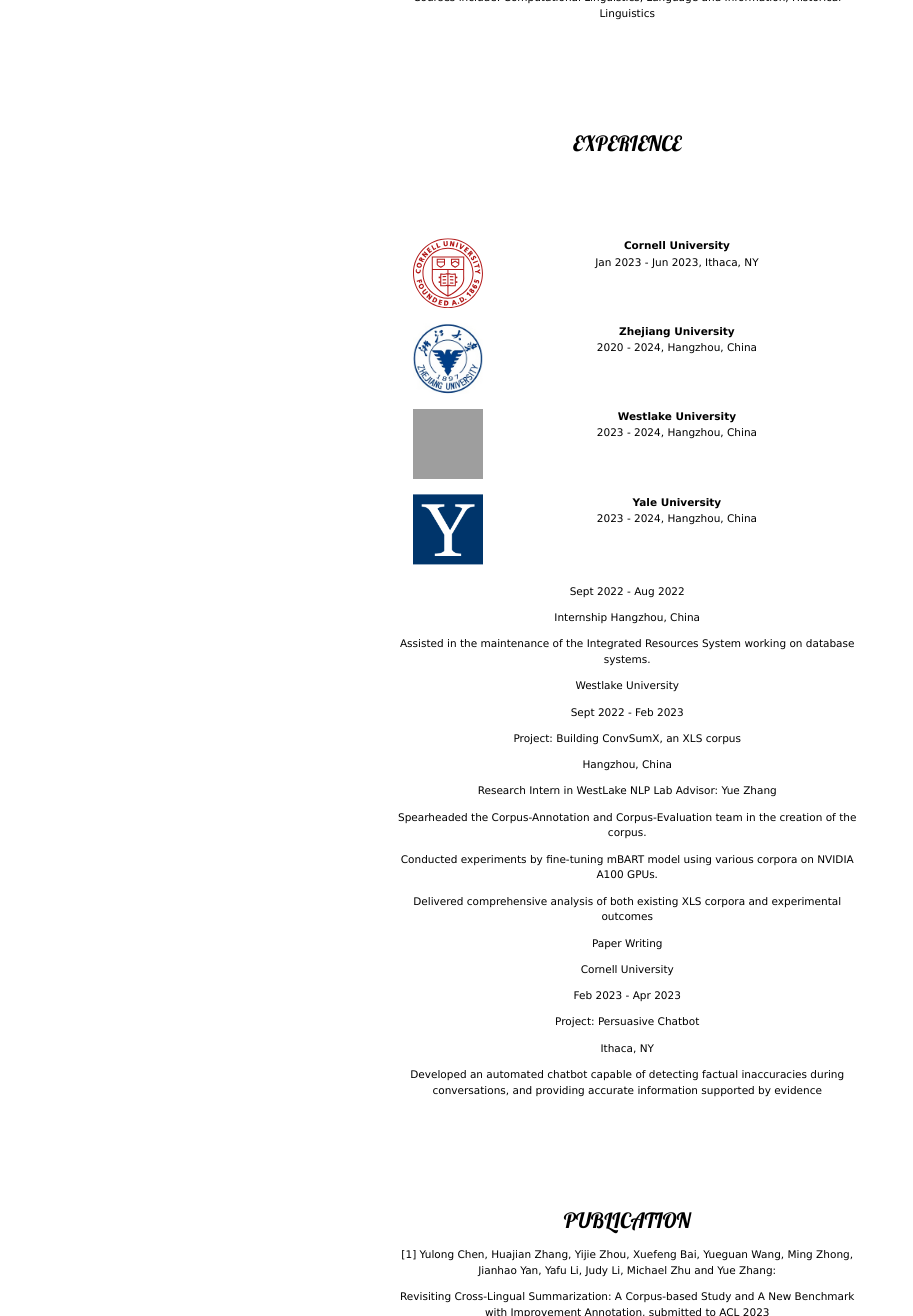
Repository: Ej-zhou/ej-zhou.github.io
Page: index.html
The author's editor kept a copy of each file at every save. The page is drawn from the files as they stood at one save, then again after the next save.
The browser window is 1280 px wide. The page is 1304 px wide, so the pictures cover 1304 px, including what lies to the right of the window. The pictures show the part of the page from y = 1776 to 3656 px (the page is 6828 px tall before and 6738 px after), at 70% of full size.
Pictures or frames that could not be fetched are drawn as grey boxes. Some web fonts or font styles are not loaded; a fallback is used.

Above is the page before, as saved 2023-08-12 16:46:56.

After the next save:
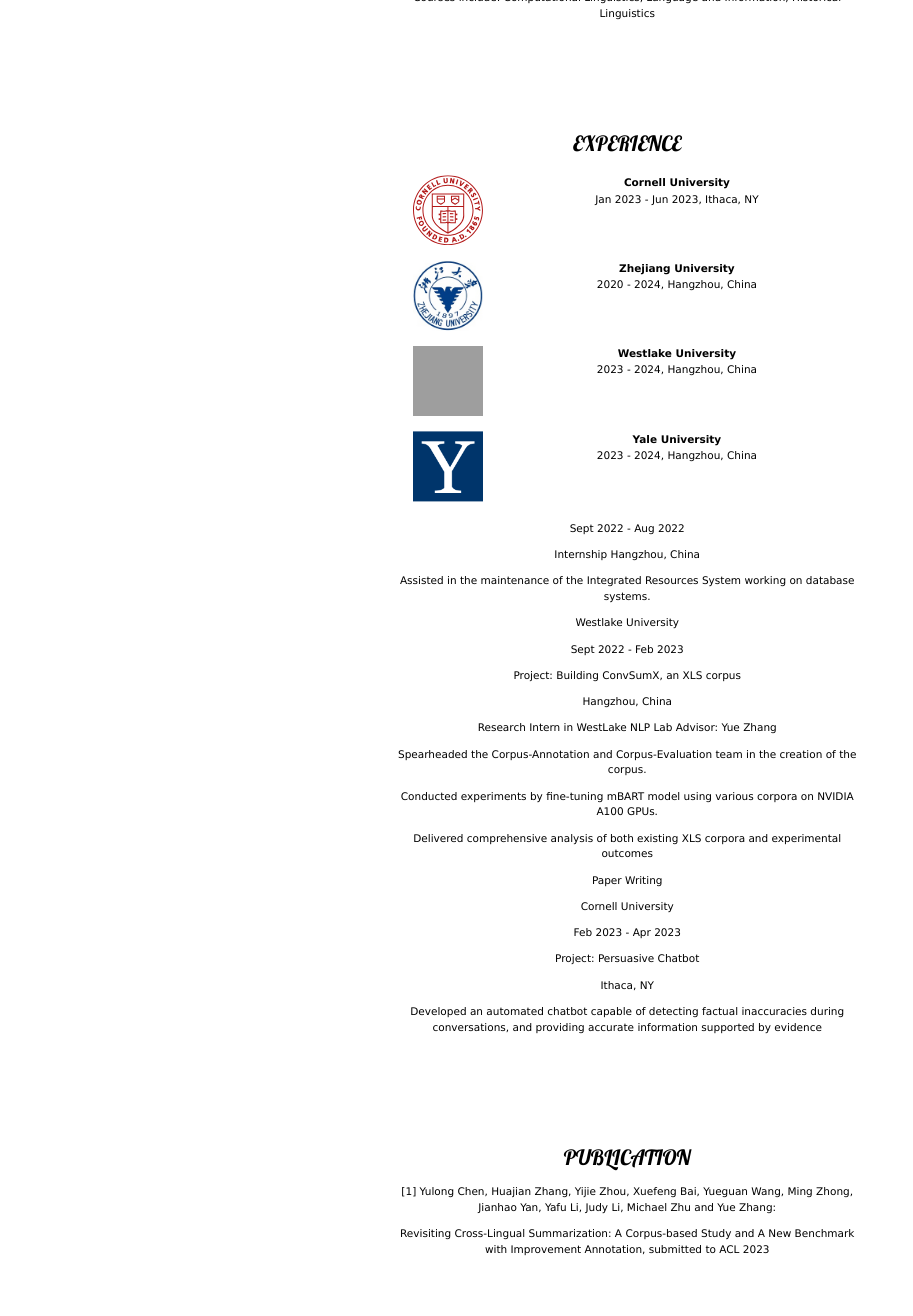
Saved 10 s later.
--- a/index.html
+++ b/index.html
@@ -432,7 +432,7 @@
                     <br>Jan 2023 - Jun 2023, Ithaca, NY
                 </td>
             </tr>
-            <br><br><br><br>
+
             <tr>
                 <td style="padding-left:20px;padding-right:20px;width:20%;vertical-align:middle;text-align:center;">
                     <img src="logo/6d8d432f-56ac-47eb-b22d-a23b103aed01.png" class="university-logo">
